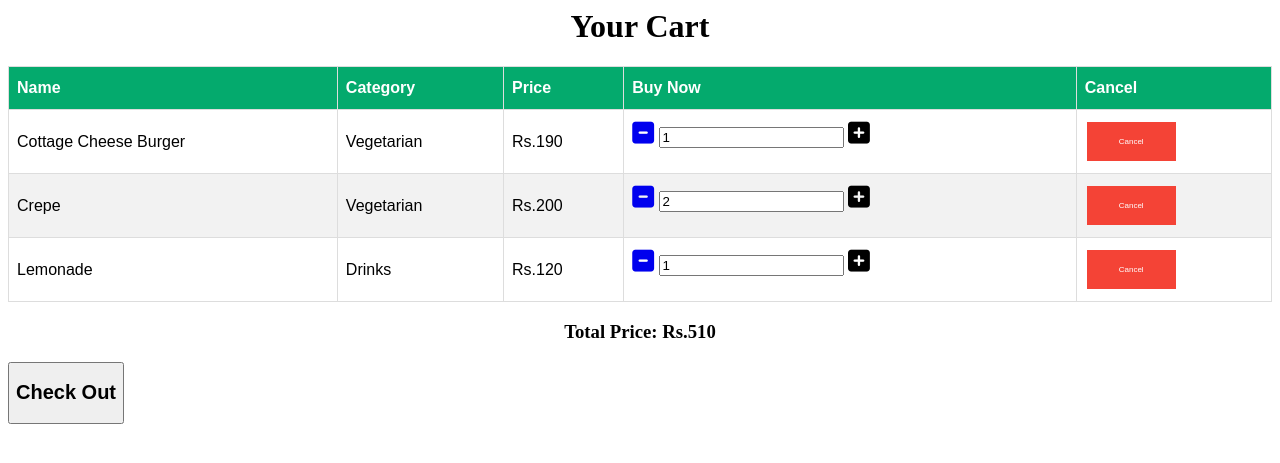
Repository: Shreya200012/FoodBox
Page: http://localhost/foodWeb/cart.jsp
These files come from the project's save history. The page is drawn as it stood at one moment and after the next save; the edit follows.
The browser window is 1280 px wide. The pictures show the whole page.
Some web libraries are served in a nearby version. The page is served by Tomcat 9.

Above is the page before, as saved 2022-06-14 17:28:00.

After the next save:
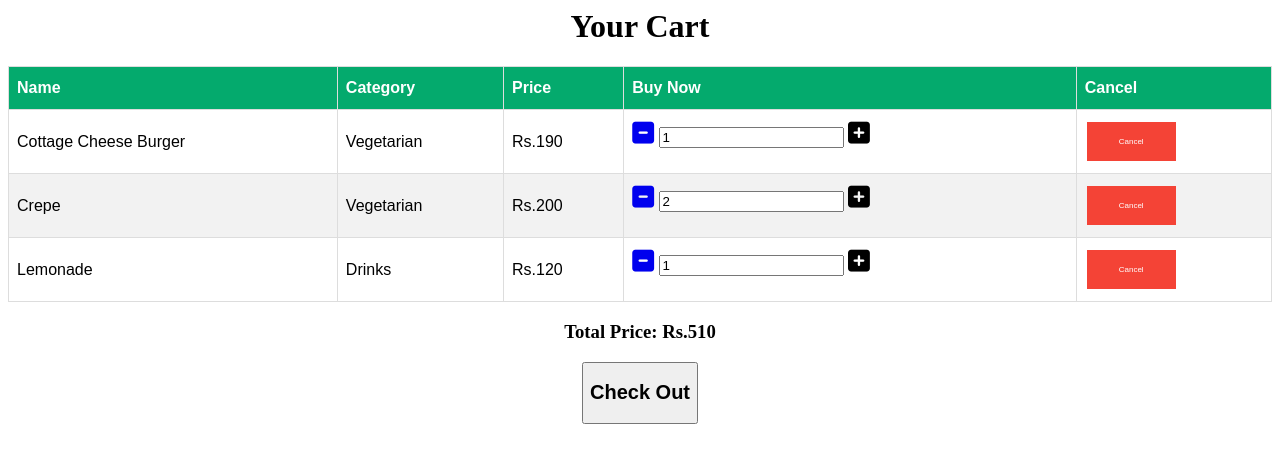
Saved 89 s later.
--- a/foodWeb/src/main/webapp/cart.jsp
+++ b/foodWeb/src/main/webapp/cart.jsp
@@ -142,7 +142,7 @@
 
 <h3 align="center">Total Price: Rs.510</h3>
 
-<a class="mx-3 btn btn-primary" href="#" align="center"><button onClick="myFunction()" align="center"><h2>Check Out</h2></button></a>
+<a class="mx-3 btn btn-primary" href="#" align="center"><div class="wrapper"><button onClick="myFunction()" align="center"><h2>Check Out</h2></button></div></a>
 </div>
 
 
